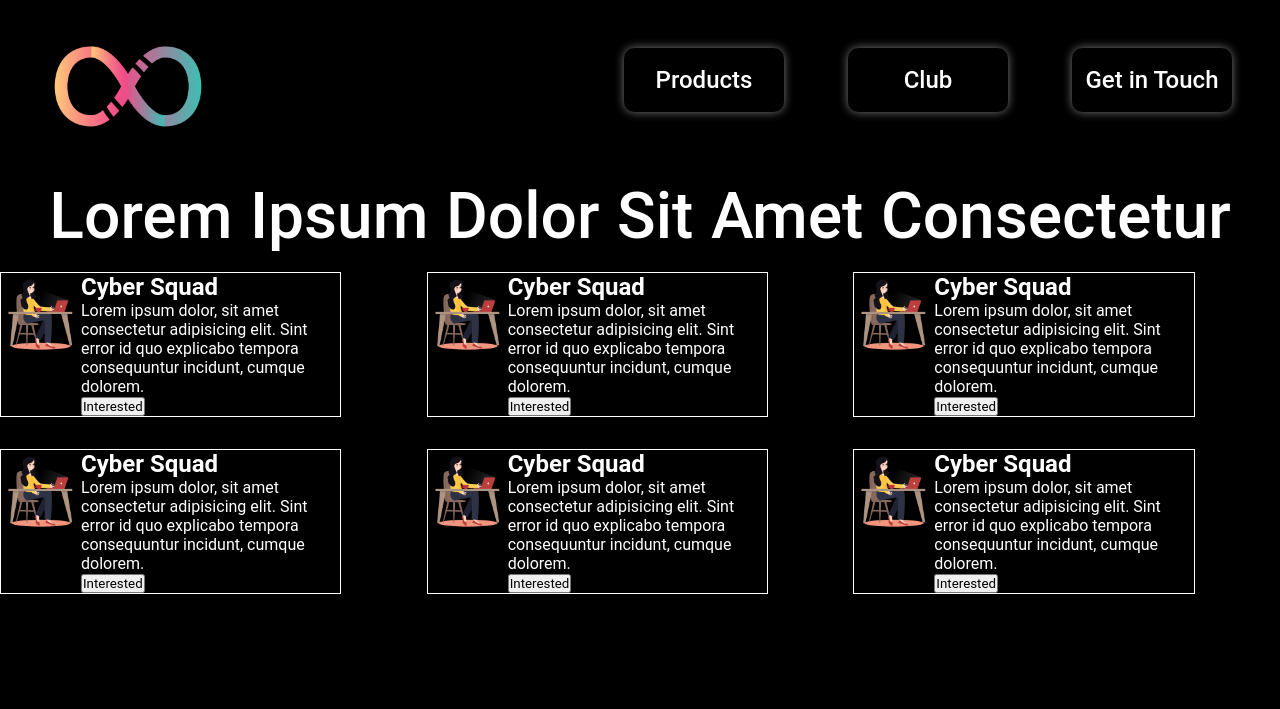
Repository: kapil4457/vizion-internship-project
Page: /
These files come from the project's save history. The page is drawn as it stood at one moment and after the next save; the edit follows.
The browser window is 1280 px wide. The pictures show the whole page.
The project was rebuilt for these pictures with package versions that can differ from the ones it lists, and the page was loaded fresh each time. Also part of the build but not shown: src/index.css.

Above is the page before, as saved 2022-10-29 10:05:06.

After the next save:
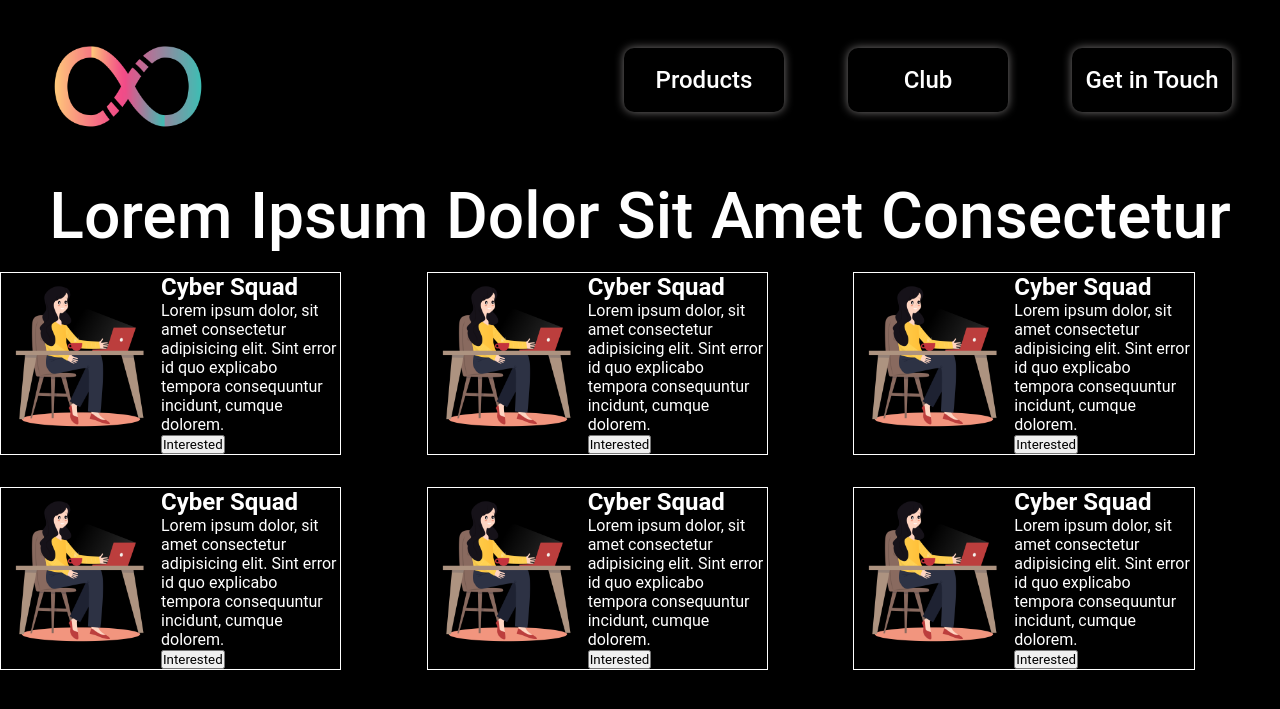
Saved 4 s later.
--- a/src/components/Home/HomeCard.css
+++ b/src/components/Home/HomeCard.css
@@ -5,6 +5,6 @@
     display:flex;
 }
 .home-card>img{
-    height:5rem;
+    height:10rem;
 
 }
